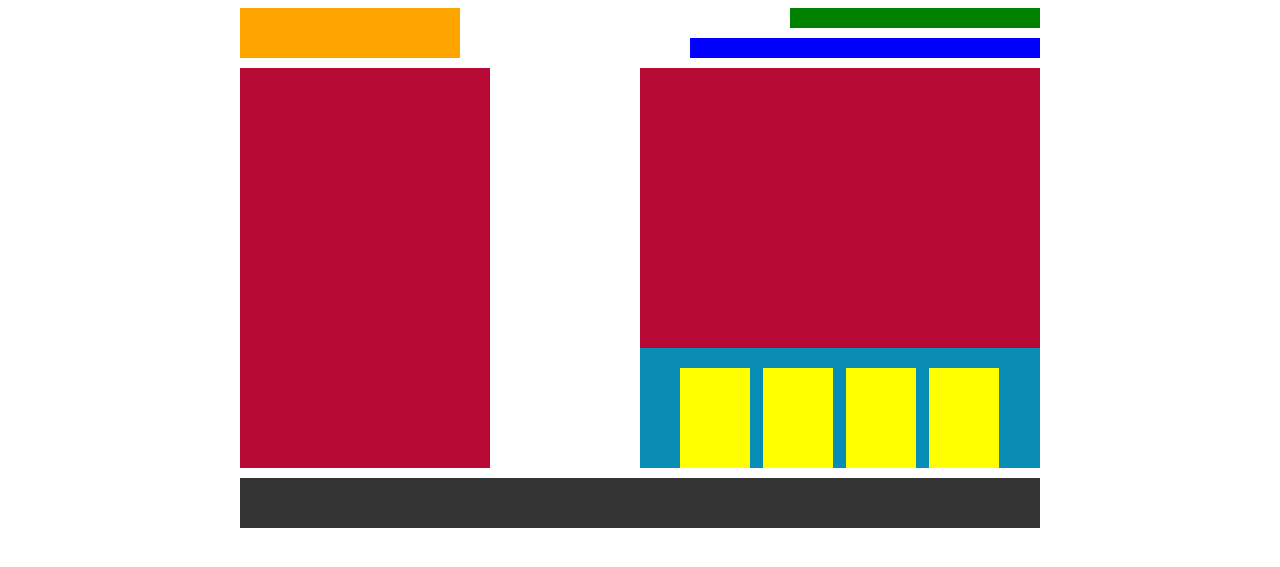
Repository: Tdaine/node
Page: css/code/floatWebLayout.html
These files come from the project's save history. The page is drawn as it stood at one moment and after the next save; the edit follows.
The browser window is 1280 px wide. The pictures show the whole page.

Above is the page before, as saved 2021-04-28 15:44:27.

After the next save:
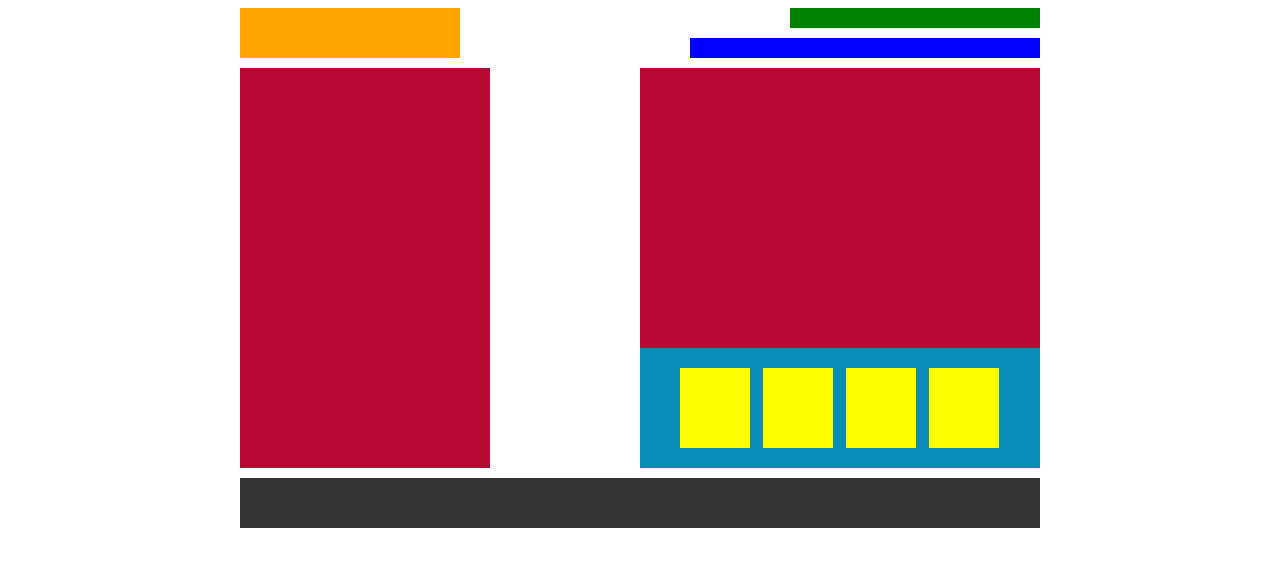
Saved 9 s later.
--- a/css/code/floatWebLayout.html
+++ b/css/code/floatWebLayout.html
@@ -70,7 +70,7 @@
     .content main .pics ul li{
       float: left;
       width: 70px;
-      height: 100px;
+      height: 80px;
       background-color: yellow;
       margin-right: 13px;
     }
